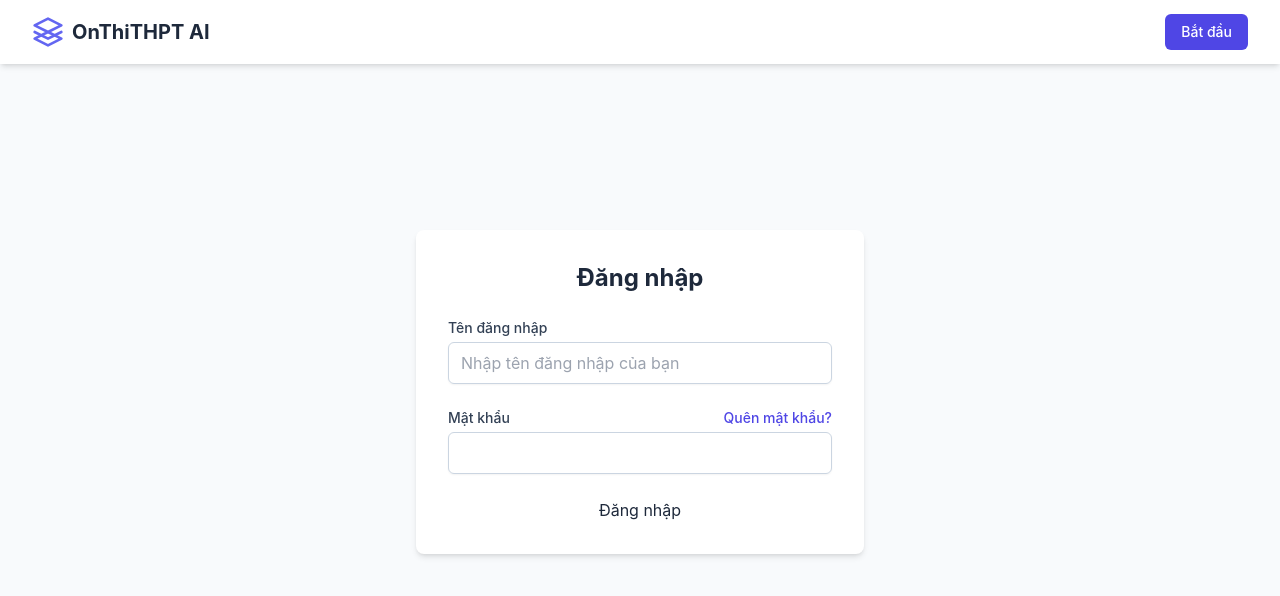
Repository: minhquangAlex/OnThiTHPT-AI
Page: /#/login
These files come from the project's save history. The page is drawn as it stood at one moment and after the next save; the edit follows.
The browser window is 1280 px wide. The pictures show the whole page.
The page's requests for data from a server got no answer. The project was rebuilt for these pictures with package versions that can differ from the ones it lists, and the page was loaded fresh each time. No one was signed in, and anything a server would have sent is missing. Also part of the build but not shown: vite.config.ts, src/components/icons/SubjectIcons.tsx, src/store/useQuizStore.ts, src/services/geminiService.ts, src/components/Spinner.tsx, src/components/AITutor.tsx, src/components/SignupModal.tsx, src/components/AttemptManagement.tsx and 15 more.

Above is the page before, as saved 2025-12-02 10:25:00.

### index.html
<!DOCTYPE html>
<html lang="en">
  <head>
    <meta charset="UTF-8" />
    <meta name="viewport" content="width=device-width, initial-scale=1.0" />
    <title>OnThiTHPT AI</title>
</head>
  <body class="bg-slate-50 dark:bg-slate-900">
    <div id="root"></div>
    <script type="module" src="/src/index.tsx"></script>
</body>
</html>

### src/index.tsx

import React from 'react';
import ReactDOM from 'react-dom/client';
import App from './App';
import './index.css';

const rootElement = document.getElementById('root');
if (!rootElement) {
  throw new Error("Could not find root element to mount to");
}

const root = ReactDOM.createRoot(rootElement);
root.render(
  <React.StrictMode>
    <App />
  </React.StrictMode>
);

### src/App.tsx

import React from 'react';
import { HashRouter, Navigate, Route, Routes } from 'react-router-dom';
import { useAuthStore } from './store/useAuthStore';

import AITutor from './components/AITutor';
import Header from './components/Header';
import AdminPage from './pages/AdminPage';
import DashboardPage from './pages/DashboardPage';
import HomePage from './pages/HomePage';
import LoginPage from './pages/LoginPage';
import NewQuestionPage from './pages/NewQuestionPage';
import QuizPage from './pages/QuizPage';
import ResultsPage from './pages/ResultsPage';
import SubjectQuestionsPage from './pages/SubjectQuestionsPage';
import UserProfilePage from './pages/UserProfilePage';
import ResetPasswordPage from './pages/ResetPasswordPage'; // <--- Import MỚI

const App: React.FC = () => {
  const { user } = useAuthStore();

  const ProtectedRoute: React.FC<{ children: React.ReactElement }> = ({ children }) => {
    return user ? children : <Navigate to="/login" />;
  };

  return (
    <div className="min-h-screen text-slate-800 dark:text-slate-200">
      <HashRouter>
        <Header />
        <main className="p-4 sm:p-6 lg:p-8">
          <Routes>
            <Route path="/" element={<HomePage />} />
            <Route path="/login" element={<LoginPage />} />
            <Route path="/reset-password" element={<ResetPasswordPage />} />
            <Route path="/dashboard" element={<ProtectedRoute><DashboardPage /></ProtectedRoute>} />
            <Route path="/quiz/:subjectId" element={<ProtectedRoute><QuizPage /></ProtectedRoute>} />
            <Route path="/results/:attemptId" element={<ProtectedRoute><ResultsPage /></ProtectedRoute>} />
            <Route path="/profile" element={<ProtectedRoute><UserProfilePage /></ProtectedRoute>} />
            <Route path="/admin" element={<ProtectedRoute><AdminPage /></ProtectedRoute>} />
            <Route path="/admin/questions/new" element={<ProtectedRoute><NewQuestionPage /></ProtectedRoute>} />
            <Route path="/admin/questions/:subjectId" element={<ProtectedRoute><SubjectQuestionsPage /></ProtectedRoute>} />
          </Routes>
        </main>
        {user && <AITutor />}
      </HashRouter>
    </div>
  );
};

export default App;

### src/store/useAuthStore.ts

import { create } from 'zustand';
import { persist } from 'zustand/middleware';
import type { User } from '../types';

interface AuthState {
  user: User | null;
  token: string | null;
  login: (user: User, token: string) => void;
  logout: () => void;
  setUser: (user: User | null) => void;
}

export const useAuthStore = create<AuthState>()(
  persist(
    (set) => ({
      user: null,
      token: null,
      login: (user, token) => set({ user, token }),
      logout: () => set({ user: null, token: null }),
      setUser: (user) => set({ user }),
    }),
    {
      name: 'auth-storage', // name of the item in the storage (must be unique)
    }
  )
);

### src/components/Header.tsx

import React, { useState } from 'react';
import { Link, useNavigate } from 'react-router-dom';
import { useAuthStore } from '../store/useAuthStore';
import { LogoIcon, LogoutIcon, UserIcon } from './icons/CoreIcons';
import SignupModal from './SignupModal';

const Header: React.FC = () => {
  const { user, logout } = useAuthStore();
  const navigate = useNavigate();
  const [showSignupModal, setShowSignupModal] = useState(false);

  const handleLogout = () => {
    logout();
    navigate('/login');
  };

  const handleSignupSuccess = () => {
    navigate('/dashboard');
  };

  return (
    <>
      <header className="bg-white dark:bg-slate-800 shadow-md sticky top-0 z-40">
        <div className="container mx-auto px-4 sm:px-6 lg:px-8">
          <div className="flex items-center justify-between h-16">
            <Link to={user ? "/dashboard" : "/"} className="flex items-center space-x-2">
              <LogoIcon className="h-8 w-8 text-indigo-500" />
              <span className="text-xl font-bold text-slate-800 dark:text-white">OnThiTHPT AI</span>
            </Link>
            <nav className="flex items-center space-x-4">
              {user ? (
                <>
                  <span className="hidden sm:inline text-slate-600 dark:text-slate-300">
                    Chào, {user.name}
                  </span>
                  <Link to="/profile" className="p-2 rounded-full hover:bg-slate-100 dark:hover:bg-slate-700 transition-colors" aria-label="Trang cá nhân">
                    <UserIcon className="h-6 w-6 text-slate-500 hover:text-indigo-500" />
                  </Link>
                   {user.role === 'admin' && (
                      <Link to="/admin" className="text-sm font-medium text-slate-600 hover:text-indigo-500 dark:text-slate-300 dark:hover:text-indigo-400">
                          Admin
                      </Link>
                   )}
                  <button
                    onClick={handleLogout}
                    className="p-2 rounded-full hover:bg-slate-100 dark:hover:bg-slate-700"
                    aria-label="Đăng xuất"
                  >
                    <LogoutIcon className="h-6 w-6 text-slate-500" />
                  </button>
                </>
              ) : (
                <button
                  onClick={() => setShowSignupModal(true)}
                  className="px-4 py-2 text-sm font-medium text-white bg-indigo-600 rounded-md hover:bg-indigo-700 focus:outline-none focus:ring-2 focus:ring-offset-2 focus:ring-indigo-500"
                >
                  Bắt đầu
                </button>
              )}
            </nav>
          </div>
        </div>
      </header>

      <SignupModal
        isOpen={showSignupModal}
        onClose={() => setShowSignupModal(false)}
        onSignupSuccess={handleSignupSuccess}
      />
    </>
  );
};

export default Header;

### src/pages/LoginPage.tsx
import React, { useState } from 'react';
import { useNavigate, Link } from 'react-router-dom'; // <--- Thêm import Link
import { useAuthStore } from '../store/useAuthStore';
import Button from '../components/Button';
import Card from '../components/Card';
import api from '../services/api';
import Spinner from '../components/Spinner';

const LoginPage: React.FC = () => {
  const [username, setUsername] = useState('');
  const [password, setPassword] = useState('');
  const [error, setError] = useState<string | null>(null);
  const [isLoading, setIsLoading] = useState(false);
  const navigate = useNavigate();
  const login = useAuthStore((state) => state.login);

  const handleLogin = async (e: React.FormEvent) => {
    e.preventDefault();
    setError(null);
    setIsLoading(true);
    try {
      const data = await api.login(username, password);
      login({ ...data, id: data._id }, data.token);
      navigate('/dashboard');
    } catch (err: any) {
      setError(err.message || 'Có lỗi xảy ra. Vui lòng thử lại.');
    } finally {
      setIsLoading(false);
    }
  };

  return (
    <div className="flex items-center justify-center min-h-[calc(100vh-128px)]">
      <Card className="w-full max-w-md p-8">
        <h2 className="text-2xl font-bold text-center mb-6">Đăng nhập</h2>
        <form onSubmit={handleLogin} className="space-y-6">
          <div>
            <label htmlFor="username" className="block text-sm font-medium text-slate-700 dark:text-slate-300">
              Tên đăng nhập
            </label>
            <input
              id="username"
              type="text"
              value={username}
              onChange={(e) => setUsername(e.target.value)}
              className="mt-1 block w-full px-3 py-2 border border-slate-300 dark:border-slate-600 rounded-md shadow-sm focus:outline-none focus:ring-indigo-500 focus:border-indigo-500 bg-transparent"
              placeholder="Nhập tên đăng nhập của bạn"
              required
              disabled={isLoading}
            />
          </div>

          {/* --- ĐOẠN NÀY ĐÃ ĐƯỢC CHỈNH SỬA --- */}
          <div>
            <div className="flex justify-between items-center mb-1">
              <label htmlFor="password" className="block text-sm font-medium text-slate-700 dark:text-slate-300">
                Mật khẩu
              </label>
              <Link
                to="/reset-password"
                className="text-sm font-medium text-indigo-600 hover:text-indigo-500 dark:text-indigo-400 dark:hover:text-indigo-300 transition-colors"
              >
                Quên mật khẩu?
              </Link>
            </div>
            <input
              id="password"
              type="password"
              value={password}
              onChange={(e) => setPassword(e.target.value)}
              className="mt-1 block w-full px-3 py-2 border border-slate-300 dark:border-slate-600 rounded-md shadow-sm focus:outline-none focus:ring-indigo-500 focus:border-indigo-500 bg-transparent"
              required
              disabled={isLoading}
            />
          </div>
          {/* ---------------------------------- */}

          {error && <p className="text-sm text-red-500">{error}</p>}
          <Button type="submit" className="w-full" disabled={isLoading}>
            {isLoading ? <Spinner size="sm" /> : 'Đăng nhập'}
          </Button>
        </form>
      </Card>
    </div>
  );
};

export default LoginPage;

### src/components/icons/CoreIcons.tsx

import React from 'react';

export const LogoIcon: React.FC<{ className?: string }> = ({ className }) => (
  <svg className={className} viewBox="0 0 24 24" fill="currentColor" xmlns="http://www.w3.org/2000/svg">
    <path d="M12 2L2 7l10 5 10-5-10-5zM2 17l10 5 10-5-10-5-10 5z" stroke="currentColor" strokeWidth="2" strokeLinecap="round" strokeLinejoin="round" fill="none"/>
    <path d="M2 12l10 5 10-5" stroke="currentColor" strokeWidth="2" strokeLinecap="round" strokeLinejoin="round" fill="none"/>
  </svg>
);

export const UserIcon: React.FC<{ className?: string }> = ({ className }) => (
  <svg className={className} fill="none" viewBox="0 0 24 24" stroke="currentColor">
    <path strokeLinecap="round" strokeLinejoin="round" strokeWidth="2" d="M16 7a4 4 0 11-8 0 4 4 0 018 0zM12 14a7 7 0 00-7 7h14a7 7 0 00-7-7z" />
  </svg>
);

export const LogoutIcon: React.FC<{ className?: string }> = ({ className }) => (
  <svg className={className} fill="none" viewBox="0 0 24 24" stroke="currentColor">
    <path strokeLinecap="round" strokeLinejoin="round" strokeWidth="2" d="M17 16l4-4m0 0l-4-4m4 4H7m6 4v1a3 3 0 01-3 3H6a3 3 0 01-3-3V7a3 3 0 013-3h4a3 3 0 013 3v1" />
  </svg>
);

export const ChatIcon: React.FC<{ className?: string }> = ({ className }) => (
  <svg className={className} fill="none" viewBox="0 0 24 24" stroke="currentColor">
    <path strokeLinecap="round" strokeLinejoin="round" strokeWidth="2" d="M8 12h.01M12 12h.01M16 12h.01M21 12c0 4.418-4.03 8-9 8a9.863 9.863 0 01-4.255-.949L3 20l1.395-3.72C3.512 15.042 3 13.574 3 12c0-4.418 4.03-8 9-8s9 3.582 9 8z" />
  </svg>
);

export const CloseIcon: React.FC<{ className?: string }> = ({ className }) => (
    <svg className={className} fill="none" viewBox="0 0 24 24" stroke="currentColor">
        <path strokeLinecap="round" strokeLinejoin="round" strokeWidth="2" d="M6 18L18 6M6 6l12 12" />
    </svg>
);

export const SendIcon: React.FC<{ className?: string }> = ({ className }) => (
    <svg className={className} fill="none" viewBox="0 0 24 24" stroke="currentColor">
        <path strokeLinecap="round" strokeLinejoin="round" strokeWidth="2" d="M12 19l9 2-9-18-9 18 9-2zm0 0v-8" />
    </svg>
);

export const TimerIcon: React.FC<{ className?: string }> = ({ className }) => (
    <svg className={className} fill="none" viewBox="0 0 24 24" stroke="currentColor">
        <path strokeLinecap="round" strokeLinejoin="round" strokeWidth="2" d="M12 8v4l3 3m6-3a9 9 0 11-18 0 9 9 0 0118 0z" />
    </svg>
);

export const CheckCircleIcon: React.FC<{ className?: string }> = ({ className }) => (
  <svg xmlns="http://www.w3.org/2000/svg" className={className} fill="none" viewBox="0 0 24 24" stroke="currentColor">
    <path strokeLinecap="round" strokeLinejoin="round" strokeWidth="2" d="M9 12l2 2 4-4m6 2a9 9 0 11-18 0 9 9 0 0118 0z" />
  </svg>
);

export const XCircleIcon: React.FC<{ className?: string }> = ({ className }) => (
  <svg xmlns="http://www.w3.org/2000/svg" className={className} fill="none" viewBox="0 0 24 24" stroke="currentColor">
    <path strokeLinecap="round" strokeLinejoin="round" strokeWidth="2" d="M10 14l2-2m0 0l2-2m-2 2l-2-2m2 2l2 2m7-2a9 9 0 11-18 0 9 9 0 0118 0z" />
  </svg>
);

### src/components/Button.tsx

import React from 'react';

interface ButtonProps extends React.ButtonHTMLAttributes<HTMLButtonElement> {
  variant?: 'primary' | 'secondary' | 'danger';
  size?: 'sm' | 'md' | 'lg';
  children: React.ReactNode;
}

const Button: React.FC<ButtonProps> = ({
  variant = 'primary',
  size = 'md',
  children,
  ...props
}) => {
  const baseClasses = 'font-semibold rounded-md focus:outline-none focus:ring-2 focus:ring-offset-2 disabled:opacity-50 disabled:cursor-not-allowed transition-colors duration-200';

  const variantClasses = {
    primary: 'bg-indigo-600 text-white hover:bg-indigo-700 focus:ring-indigo-500',
    secondary: 'bg-slate-200 text-slate-800 hover:bg-slate-300 focus:ring-slate-400 dark:bg-slate-700 dark:text-slate-200 dark:hover:bg-slate-600',
    danger: 'bg-red-600 text-white hover:bg-red-700 focus:ring-red-500',
  };

  const sizeClasses = {
    sm: 'px-3 py-1.5 text-sm',
    md: 'px-4 py-2 text-base',
    lg: 'px-6 py-3 text-lg',
  };

  return (
    <button
      className={`${baseClasses} ${variantClasses[variant]} ${sizeClasses[size]}`}
      {...props}
    >
      {children}
    </button>
  );
};

export default Button;

### src/components/Card.tsx

import React from 'react';

interface CardProps {
  children: React.ReactNode;
  className?: string;
}

const Card: React.FC<CardProps> = ({ children, className = '' }) => {
  return (
    <div
      className={`bg-white dark:bg-slate-800 rounded-lg shadow-md overflow-hidden transition-shadow hover:shadow-lg ${className}`}
    >
      {children}
    </div>
  );
};

export default Card;

Loaded but not shown: tailwind.config.js (40 lines, source omitted); src/services/api.ts (443 lines, source omitted); src/index.css (171 lines, source omitted)

After the next save:
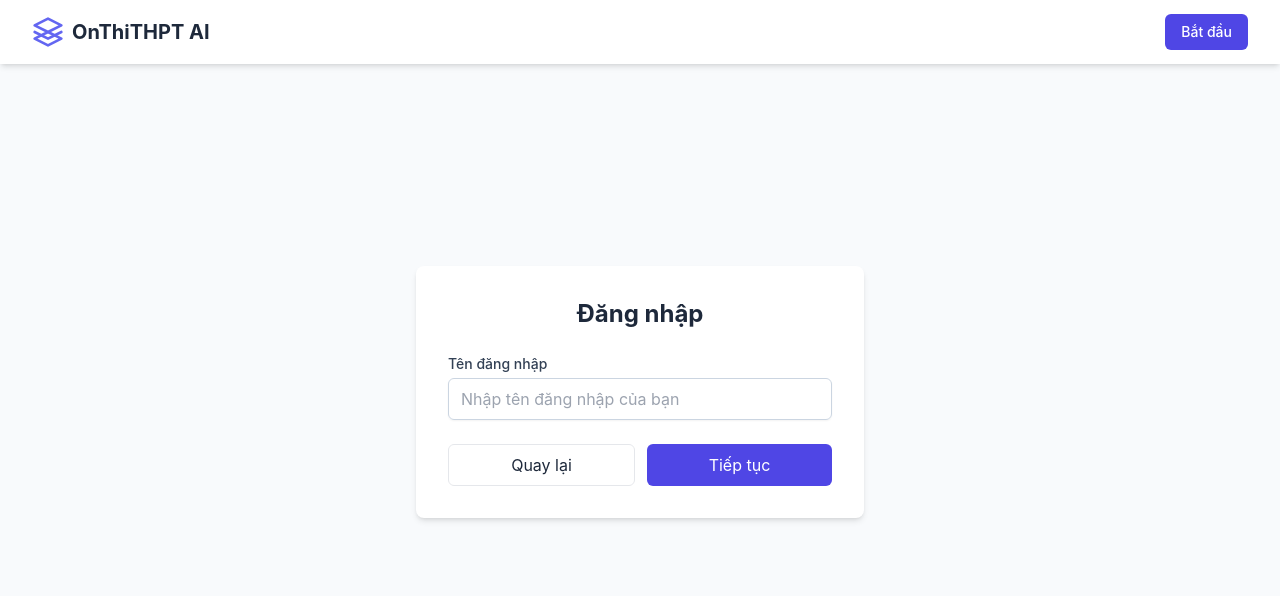
Saved 51 s later.
--- a/src/pages/LoginPage.tsx
+++ b/src/pages/LoginPage.tsx
@@ -10,6 +10,8 @@ const LoginPage: React.FC = () => {
   const [username, setUsername] = useState('');
   const [password, setPassword] = useState('');
   const [error, setError] = useState<string | null>(null);
+  const [step, setStep] = useState<'username' | 'password'>('username');
+  const [foundUser, setFoundUser] = useState<any | null>(null);
   const [isLoading, setIsLoading] = useState(false);
   const navigate = useNavigate();
   const login = useAuthStore((state) => state.login);
@@ -19,7 +21,9 @@ const LoginPage: React.FC = () => {
     setError(null);
     setIsLoading(true);
     try {
-      const data = await api.login(username, password);
+      // use foundUser.name if available (two-step flow)
+      const loginName = foundUser?.name || username;
+      const data = await api.login(loginName, password);
       login({ ...data, id: data._id }, data.token);
       navigate('/dashboard');
     } catch (err: any) {
@@ -29,57 +33,104 @@ const LoginPage: React.FC = () => {
     }
   };
 
+  const handleContinue = async (e?: React.FormEvent) => {
+    if (e) e.preventDefault();
+    setError(null);
+    if (!username.trim()) return setError('Vui lòng nhập tên đăng nhập');
+    setIsLoading(true);
+    try {
+      // search users by name
+      const res: any = await api.getUsers(1, 10, username.trim());
+      const users = res?.users || [];
+      if (!users || users.length === 0) {
+        setError('Không tìm thấy tài khoản với tên đăng nhập này');
+        return;
+      }
+      // pick first match
+      const user = users[0];
+      setFoundUser(user);
+      setStep('password');
+    } catch (err: any) {
+      console.error('🔴 [LoginPage] error fetching user:', err);
+      setError(err.message || 'Lỗi khi tìm tài khoản');
+    } finally {
+      setIsLoading(false);
+    }
+  };
+
   return (
     <div className="flex items-center justify-center min-h-[calc(100vh-128px)]">
       <Card className="w-full max-w-md p-8">
         <h2 className="text-2xl font-bold text-center mb-6">Đăng nhập</h2>
-        <form onSubmit={handleLogin} className="space-y-6">
-          <div>
-            <label htmlFor="username" className="block text-sm font-medium text-slate-700 dark:text-slate-300">
-              Tên đăng nhập
-            </label>
-            <input
-              id="username"
-              type="text"
-              value={username}
-              onChange={(e) => setUsername(e.target.value)}
-              className="mt-1 block w-full px-3 py-2 border border-slate-300 dark:border-slate-600 rounded-md shadow-sm focus:outline-none focus:ring-indigo-500 focus:border-indigo-500 bg-transparent"
-              placeholder="Nhập tên đăng nhập của bạn"
-              required
-              disabled={isLoading}
-            />
-          </div>
+        {step === 'username' ? (
+          <form onSubmit={handleContinue} className="space-y-6">
+            <div>
+              <label htmlFor="username" className="block text-sm font-medium text-slate-700 dark:text-slate-300">
+                Tên đăng nhập
+              </label>
+              <input
+                id="username"
+                type="text"
+                value={username}
+                onChange={(e) => setUsername(e.target.value)}
+                className="mt-1 block w-full px-3 py-2 border border-slate-300 dark:border-slate-600 rounded-md shadow-sm focus:outline-none focus:ring-indigo-500 focus:border-indigo-500 bg-transparent"
+                placeholder="Nhập tên đăng nhập của bạn"
+                required
+                disabled={isLoading}
+              />
+            </div>
 
-          {/* --- ĐOẠN NÀY ĐÃ ĐƯỢC CHỈNH SỬA --- */}
-          <div>
-            <div className="flex justify-between items-center mb-1">
-              <label htmlFor="password" className="block text-sm font-medium text-slate-700 dark:text-slate-300">
-                Mật khẩu
-              </label>
-              <Link
-                to="/reset-password"
-                className="text-sm font-medium text-indigo-600 hover:text-indigo-500 dark:text-indigo-400 dark:hover:text-indigo-300 transition-colors"
-              >
-                Quên mật khẩu?
-              </Link>
+            {error && <p className="text-sm text-red-500">{error}</p>}
+            <div className="flex gap-3">
+              <button onClick={() => navigate('/')} type="button" className="flex-1 px-4 py-2 border rounded-md">Quay lại</button>
+              <button onClick={handleContinue} type="submit" className="flex-1 px-4 py-2 bg-indigo-600 text-white rounded-md">Tiếp tục</button>
             </div>
-            <input
-              id="password"
-              type="password"
-              value={password}
-              onChange={(e) => setPassword(e.target.value)}
-              className="mt-1 block w-full px-3 py-2 border border-slate-300 dark:border-slate-600 rounded-md shadow-sm focus:outline-none focus:ring-indigo-500 focus:border-indigo-500 bg-transparent"
-              required
-              disabled={isLoading}
-            />
-          </div>
-          {/* ---------------------------------- */}
+          </form>
+        ) : (
+          <form onSubmit={handleLogin} className="space-y-6">
+            <div>
+              <label className="block text-sm font-medium text-slate-700 dark:text-slate-300">Tài khoản</label>
+              <input
+                type="text"
+                value={foundUser?.name || username}
+                readOnly
+                className="mt-1 block w-full px-3 py-2 border border-slate-200 rounded-md bg-gray-100"
+              />
+            </div>
 
-          {error && <p className="text-sm text-red-500">{error}</p>}
-          <Button type="submit" className="w-full" disabled={isLoading}>
-            {isLoading ? <Spinner size="sm" /> : 'Đăng nhập'}
-          </Button>
-        </form>
+            <div>
+              <div className="flex justify-between items-center mb-1">
+                <label htmlFor="password" className="block text-sm font-medium text-slate-700 dark:text-slate-300">
+                  Mật khẩu
+                </label>
+                <button
+                  type="button"
+                  onClick={() => navigate('/reset-password', { state: { username: foundUser?.name || username } })}
+                  className="text-sm font-medium text-indigo-600 hover:text-indigo-500 dark:text-indigo-400 dark:hover:text-indigo-300 transition-colors"
+                >
+                  Quên mật khẩu?
+                </button>
+              </div>
+              <input
+                id="password"
+                type="password"
+                value={password}
+                onChange={(e) => setPassword(e.target.value)}
+                className="mt-1 block w-full px-3 py-2 border border-slate-300 dark:border-slate-600 rounded-md shadow-sm focus:outline-none focus:ring-indigo-500 focus:border-indigo-500 bg-transparent"
+                required
+                disabled={isLoading}
+              />
+            </div>
+
+            {error && <p className="text-sm text-red-500">{error}</p>}
+            <div className="flex gap-3">
+              <button type="button" onClick={() => { setStep('username'); setFoundUser(null); setPassword(''); }} className="flex-1 px-4 py-2 border rounded-md">Quay lại</button>
+              <Button type="submit" className="flex-1" disabled={isLoading}>
+                {isLoading ? <Spinner size="sm" /> : 'Đăng nhập'}
+              </Button>
+            </div>
+          </form>
+        )}
       </Card>
     </div>
   );
